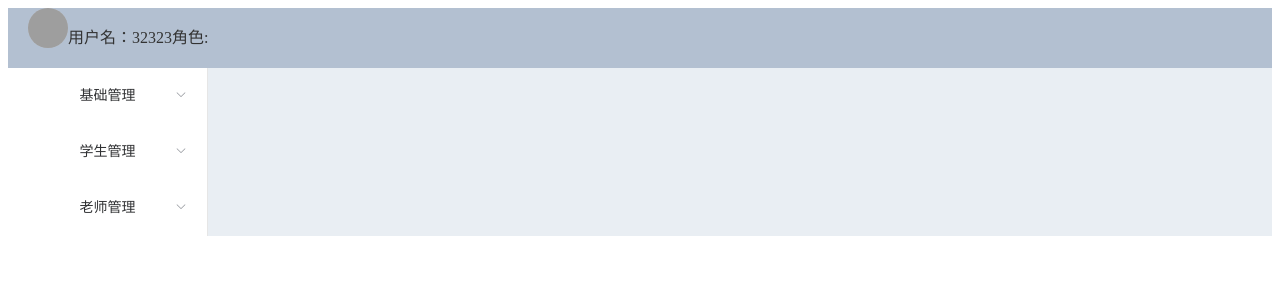
Repository: lwm9704/school-front
Page: /#/home
The author's editor kept a copy of each file at every save. The page is drawn from the files as they stood at one save, then again after the next save.
The browser window is 1280 px wide. The pictures show the whole page.
Pictures or frames that could not be fetched are drawn as grey boxes. The project was rebuilt for these pictures with package versions that can differ from the ones it lists, and the page was loaded fresh each time. Also part of the build but not shown: src/view/login.vue.

Above is the page before, as saved 2021-11-15 15:35:57.

### src/main.js
// The Vue build version to load with the `import` command
// (runtime-only or standalone) has been set in webpack.base.conf with an alias.
import Vue from 'vue'
import App from './App'
import router from './router'
import ElementUI from 'element-ui'
import 'element-ui/lib/theme-chalk/index.css'
import Vuex from 'vuex'

Vue.config.productionTip = false
Vue.use(ElementUI)
Vue.use(Vuex)

/* eslint-disable no-new */
new Vue({
  el: '#app',
  router,
  components: { App },
  template: '<App/>'
})

### src/router/index.js

import Vue from 'vue'
import Router from 'vue-router'
import Login from '@/view/login'
import Home from '../view/home'


Vue.use(Router)

export default new Router({
  routes: [
    {
      path: '/',
      redirect: '/login',
    },
    {
      path: '/login',
      name: 'login',
      component: Login
    },
    {
      path: '/home',
      name: 'home',
      component: Home,
      children: [
        {
          path: '/user',
          name: 'user',
          component: () => import('@/view/user')
        },
        {
          path: '/code',
          name: 'code',
          component: () => import('@/view/code')
        },
        {
          path: '/course',
          name: 'course',
          component: () => import('@/view/course')
        },
        {
          path: '/grade',
          name: 'grade',
          component: () => import('@/view/grade')
        },
        {
          path: '/lecture',
          name: 'lecture',
          component: () => import('@/view/lecture')
        },
        {
          path: '/member',
          name: 'member',
          component: () => import('@/view/member')
        },
        {
          path: '/score',
          name: 'score',
          component: () => import('@/view/score')
        },
        {
          path: '/teaching',
          name: 'teaching',
          component: () => import('@/view/teaching')
        }
      ]
    },

  ]
})

### src/view/home.vue
<template>
  <el-container>
    <el-header>
      <div class="header">
        <myHeader></myHeader>
      </div>
    </el-header>
    <el-container>
      <el-aside width="200px" class="Aside">
        <leftMenu></leftMenu>
      </el-aside>
      <el-container>
        <el-main>
          <router-view></router-view>
        </el-main>
      </el-container>
    </el-container>
  </el-container>
</template>
<script>
import req from "../js/home";
import leftMenu from "../components/leftMenu";
import myHeader from "../components/myHeader";
export default {
  components: {
    leftMenu,
    myHeader,
  },

  methods: {
    // handlerSelect(key, path) {
    //   console.log(key, path);
    //   // console.log(this.$route.path)
    //   if (path !== this.$route.path) {
    //     this.$router.replace({ path: path});
    //     // this.$router.push({path: key, query: {}})
    //   }
    //   // this.$router.push({name: key, params: {}})
    //   console.log(key);
    //   console.log(path);
    // },
    //侧边栏的方法
    handleOpen(key, keyPath) {
      console.log(key, keyPath);
    },
    handleClose(key, keyPath) {
      console.log(key, keyPath);
    },
  },
  mounted() {},
};
</script>
<style lang="scss" scoped>
.el-header,
.el-footer {
  background-color: #b3c0d1;
  color: #333;
  text-align: center;
  line-height: 60px;
}

.el-aside {
  background-color: #d3dce6;
  color: #333;
  text-align: center;
  line-height: 200px;
}

.el-main {
  background-color: #e9eef3;
  color: #333;
  text-align: center;
  line-height: 160px;
}

body > .el-container {
  margin-bottom: 40px;
}
</style>

### src/js/home.js
import req from "../fect/rquestConfig";

const config = {
    getUserInfo: {
        url: '/user/selectOfCondition',
        method: 'get'
    },
}
const request = function (funcName, requestParam) {
    return req(config[funcName].url, config[funcName].method, requestParam, {}, config[funcName].fileConfig)
}
export default request

### src/components/leftMenu.vue
<template>
  <div>
    <el-menu class="el-menu-vertical-demo" :default-active="this.$router.path" router @open="handleOpen" @close="handleClose" >
      <el-submenu v-for="(item,index) in menuList" :index="index+''" :key="item.labe" >
        <template slot="title">{{item.labe}}</template>
        <div v-if="item.children">
          <el-menu-item
            v-for="items in item.children"
            :index="items.path"
            :key="items.path"
          >
            <template slot="title">
              {{items.labe}}
              </template>
          </el-menu-item>
        </div>
      </el-submenu>
    </el-menu>
  </div>
</template>

<script>
// import router from 'vue-router'
export default {
  name: "leftMenu",
  props: [],
  data() {
    return {
      menuList: [
        {
          index: '1',
          labe: "基础管理",
          children: [
            {
              index: '1 - 1',
              labe: "编码管理",
              path: "/code"
            },
            {
              index: '1 - 2',
              labe: "用户管理",
              path: "/user"
            },
            {
              index: '1 - 3',
              labe: "班级管理",
              path: "/grade"
            },
            {
              index: '1 - 4',
              labe: "课程管理",
              path: "/course"
            }
          ]
        },
        {
          index: '2',
          labe: "学生管理",
          children: [
            {
              index: '2 - 1',
              labe: "学生家庭成员管理",
              path: "/member"
            },
            {
              index: '2 - 2',
              labe: "考试成绩管理",
              path: "/score"
            }
          ]
        },
        {
          index: '3',
          labe: "老师管理",
          children: [
            {
              index: '3 - 1',
              labe: "教学管理",
              path: "/teaching"
            },
            {
              index: '3 - 2',
              labe: "授课管理",
              path: "/lecture"
            }
          ]
        }
      ]
    };
  },
  methods: {
    // handlerSelect(key, path) {
      // console.log(key,path)
      // if (path !== this.$route.path) {
      //   this.$router.replace({path:'path'});
      //   // this.$router.push({path: key, query: {}})
      // }
      // // this.$router.push({name: key, params: {}})
      // console.log(key);
      // console.log(path);
      // this.$emit('select', key,path);
    // },
    handleOpen(key, keyPath) {
      console.log(key, keyPath);
    },
    handleClose(key, keyPath) {
      console.log(key, keyPath);
    }
  }
};
</script>

<!-- Add "scoped" attribute to limit CSS to this component only -->
<style scoped>
</style>

### src/components/myHeader.vue
<template>
  <div class="myHeader">
    <div class="userInfo">
      <div class="avatar">
        <el-avatar
          src="https://cube.elemecdn.com/0/88/03b0d39583f48206768a7534e55bcpng.png"
        ></el-avatar>
      </div>
      <div class="charInfo">
        <span>用户名：{{userInfo.account}}</span>
        <span>角色:{{userInfo.role}}</span>
      </div>
    </div>
  </div>
</template>
<script>
export default {
  name: "myHeader",
  props: [],
  data() {
    return {
      userInfo: {
        userId: "3232",
        account: "32323",
        role: "",
      },
    };
  },
  methods: {
    getUserInfo() {},
  },
  mounted() {
    this.getUserInfo();
  },
};
</script>
<style lang="scss" scoped>
.userInfo {
    display: flex;
    flex-direction: row;
    .avatar{
      position: relative;
      left: 0;
      top: -50%;
    }
}
</style>

### src/fect/rquestConfig.js
import axios from 'axios'
import { throwErr } from './throwErr'

// const urlHead = 'http://305o99f251.wicp.vip'
const urlHead = 'http://localhost:9000'
const qs = require('qs')

/**
 *
 * @param {String} url 请求路径
 * @param {String} method 请求方法
 * @param {Object} params 请求参数
 * @param {Object} requestHeader 请求头
 * @param {Object} fileConfig ---> {type, fileName} 导出配置 ---> 导出类型, 文件名称
 */
const req = function (url, method, params, requestHeader, fileConfig = {}) {
    let instance = axios.create({
        baseURL: urlHead,
        timeout: 60000
    })

    // 添加请求拦截器
    instance.interceptors.request.use(config => {
        return config
    }, error => {
        return Promise.reject(error)
    })

    let requestConfig = {
        url: url,
        method: method,
        //将header、params、token复制到目标
        params: Object.assign({}, params, { access_token: JSON.parse(sessionStorage.getItem('userInfo')).access_token }),
        data: qs.stringify(Object.assign({}, params, { access_token: JSON.parse(sessionStorage.getItem('userInfo')).access_token })),
        headers: {},
        responseType: fileConfig.type === 'file' ? 'blob' : ''
    }

    let getReg = /get|GET/
    let postReg = /post|POST/

    let fileData = {}

    let timer = null

    // 请求类型为导出时，添加vuex状态管理，定时修改vuex对应记录，请求完成或者请求报错时，停止定时器
    if (fileConfig.type === 'file') {
        fileData = {
            fileId: new Date().getTime(),
            fileName: fileConfig.fileName,
            fileLoadTime: 0,
            fileStatus: 'downloading',
            errorInfo: '',
            fileUrl: null
        }

    }

    if (getReg.test(requestConfig.method)) {
        delete requestConfig.data
        requestConfig.headers['Content-Type'] = 'application/json'
    } else if (postReg.test(requestConfig.method)) {
        delete requestConfig.params
        requestConfig.headers['Content-Type'] = 'application/x-www-form-urlencoded'
    }

    // 添加响应拦截器
    instance.interceptors.response.use(response => {
        clearInterval(timer)
        timer = null

        if (response.status === 200) {
            if (fileConfig.type === 'file') {
                fileData.fileStatus = 'success'
                fileData.fileUrl = window.URL.createObjectURL(new Blob([response.data]))
                // store.commit('changeExportFileList', fileData)
            }

            return response.data
        } else {
            if (fileConfig.type === 'file') {
                fileData.fileStatus = 'error'
                // store.commit('changeExportFileList', fileData)
            }

            throw new Error(throwErr(response))
        }
    }, error => {
        clearInterval(timer)
        timer = null

        if (fileConfig.type === 'file') {
            fileData.fileStatus = 'error'
            // store.commit('changeExportFileList', fileData)
        }

        return Promise.reject(error)
    })

    return instance(requestConfig)
}

export default req

### src/fect/throwErr.js
// axios错误信息匹配
export const throwErr = (response) => {
    let message = '请求错误'
    switch (response.status) {
        case 400:
            message = '请求错误'
            break
        case 401:
            message = '未授权，请登录'
            break
        case 403:
            message = '拒绝访问'
            break
        case 404:
            message = `请求地址出错: ${response.config.url}`
            break
        case 408:
            message = '请求超时'
            break
        case 500:
            message = '服务器内部错误'
            break
        case 501:
            message = '服务未实现'
            break
        case 502:
            message = '网关错误'
            break
        case 503:
            message = '服务不可用'
            break
        case 504:
            message = '网关超时'
            break
        case 505:
            message = 'HTTP版本不受支持'
            break
        default:
    }
    return '错误码:' + response.status + ' ' + '错误信息:' + message
}

Loaded but not shown: index.html (common file); src/App.vue (common file)

After the next save:
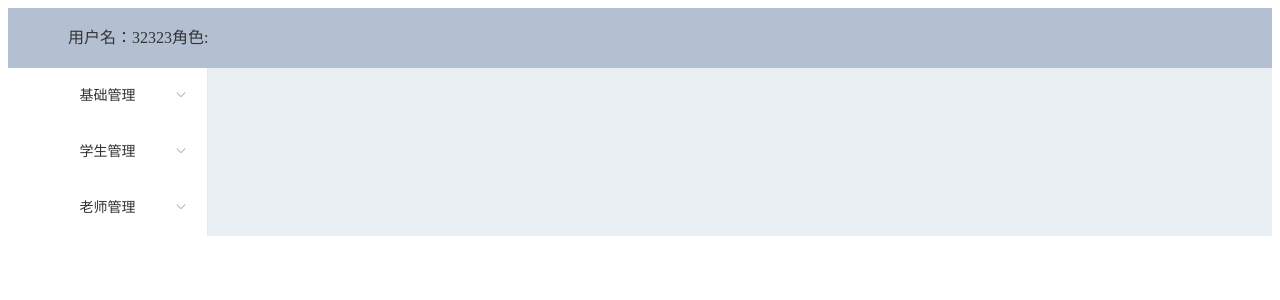
Saved 65 s later.
--- a/src/components/myHeader.vue
+++ b/src/components/myHeader.vue
@@ -39,9 +39,7 @@ export default {
     display: flex;
     flex-direction: row;
     .avatar{
-      position: relative;
-      left: 0;
-      top: -50%;
+      padding-top: 10%;
     }
 }
 </style>
